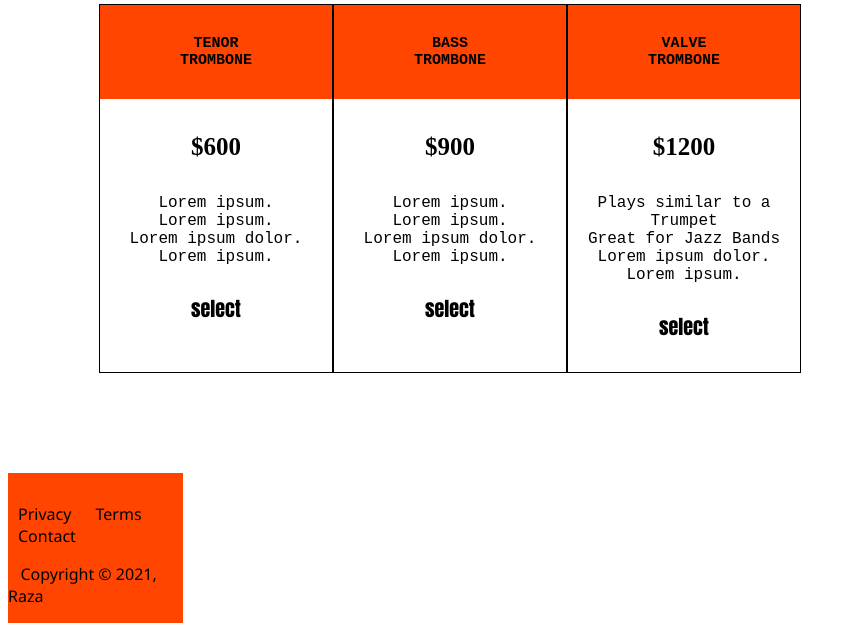
Repository: AbdulWahabRaza123/DeliveryWebPage
Page: index.html
The author's editor kept a copy of each file at every save. The page is drawn from the files as they stood at one save, then again after the next save.
The browser window is 600 px wide. The page is 844 px wide, so the pictures cover 844 px, including what lies to the right of the window. The pictures show the part of the page from y = 1318 to 1985 px (the page is 1941 px tall before and 1985 px after).

Above is the page before, as saved 2021-09-12 21:10:51.

After the next save:
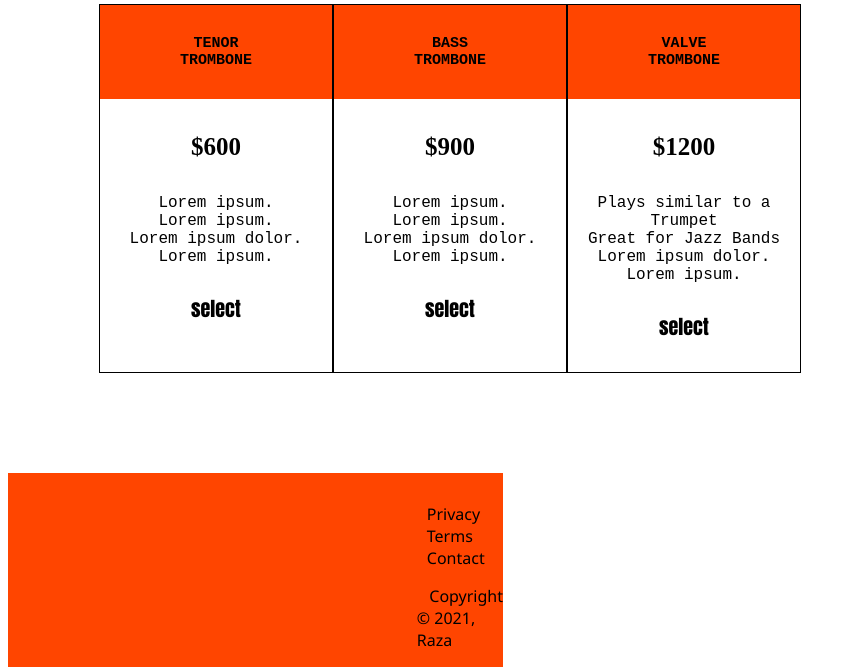
Saved 15 s later.
--- a/new.css
+++ b/new.css
@@ -259,7 +259,7 @@
 @media screen and (max-width:730px) {
     #footer {
         float: left;
-        padding-left: 0%;
+        padding-left: 70%;
         margin-right: 70%;
     }
 }
